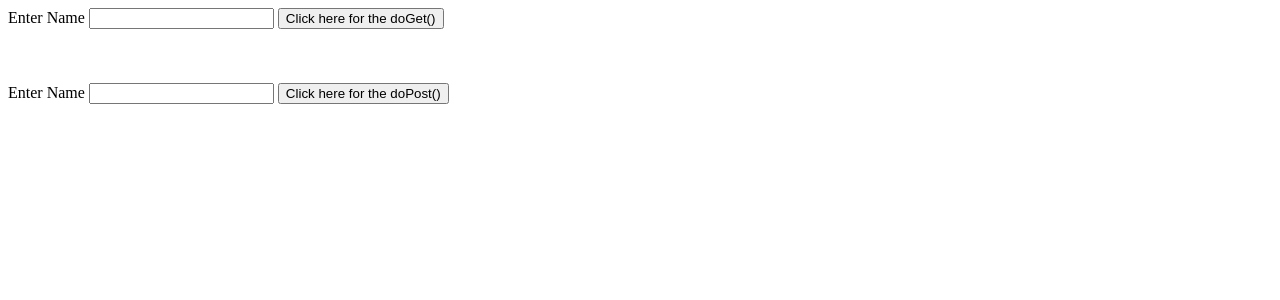
Repository: jacBowGo/revJava
Page: ASSIGNMENTS/mine_first_servlet_app_demo/WebContent/index.html
The author's editor kept a copy of each file at every save. The page is drawn from the files as they stood at one save, then again after the next save.
The browser window is 1280 px wide. The pictures show the whole page.

Above is the page before, as saved 2020-10-11 20:36:49.

After the next save:
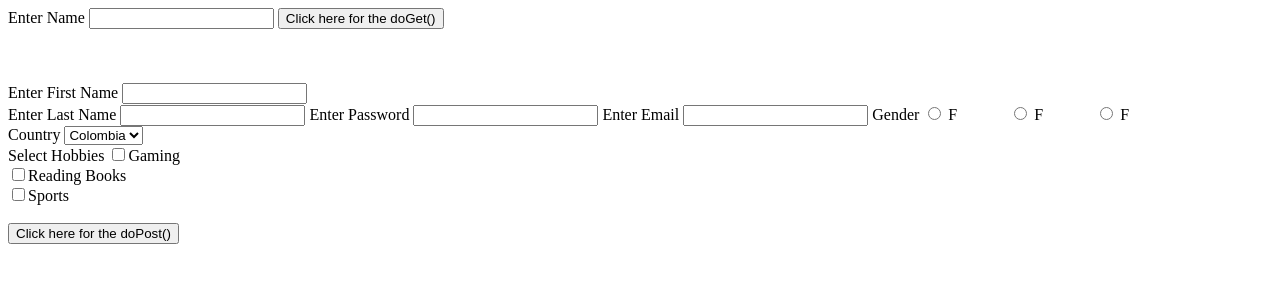
Saved 9 min 50 s later.
--- a/ASSIGNMENTS/mine_first_servlet_app_demo/WebContent/index.html
+++ b/ASSIGNMENTS/mine_first_servlet_app_demo/WebContent/index.html
@@ -16,7 +16,27 @@
 	<br/>
 
 		<form action = "hi" method = "post">
-			Enter Name <input type = "text" name = "fname">
+			Enter First Name <input type = "text" name = "fname">
+			<br/>
+			Enter Last Name <input type = "text" name = "Lname">
+			Enter Password <input type = "password" name = "password">
+			Enter Email <input type = "email" name = "email">
+			Gender <input type = "radio" name = "gender" variable = "Female"> F &nbsp; &nbsp; &nbsp; &nbsp; &nbsp; &nbsp;
+			<input type = "radio" name = "gender" variable = "Male"> F &nbsp; &nbsp; &nbsp; &nbsp; &nbsp; &nbsp;
+			<input type = "radio" name = "gender" variable = "Others"> F &nbsp; &nbsp; &nbsp; &nbsp; &nbsp; &nbsp;
+			<br/>
+			Country <select name = "country">
+			<option value = "Colombia">Colombia</option>
+			<option value = "USA">USA</option>
+			<option value = "Lebanon">Lebanon</option>
+			<option value = "Other">Other</option>
+			</select>
+			<br/>
+			Select Hobbies
+			<input type = "checkbox" name = "hobby" value = "Gaming">Gaming<br/>
+			<input type = "checkbox" name = "hobby" value = "Reading Books">Reading Books<br/>
+			<input type = "checkbox" name = "hobby" value = "Sports">Sports<br/>
+			<br/>
 			<input type = "submit" value = "Click here for the doPost()">
 		</form>
 
